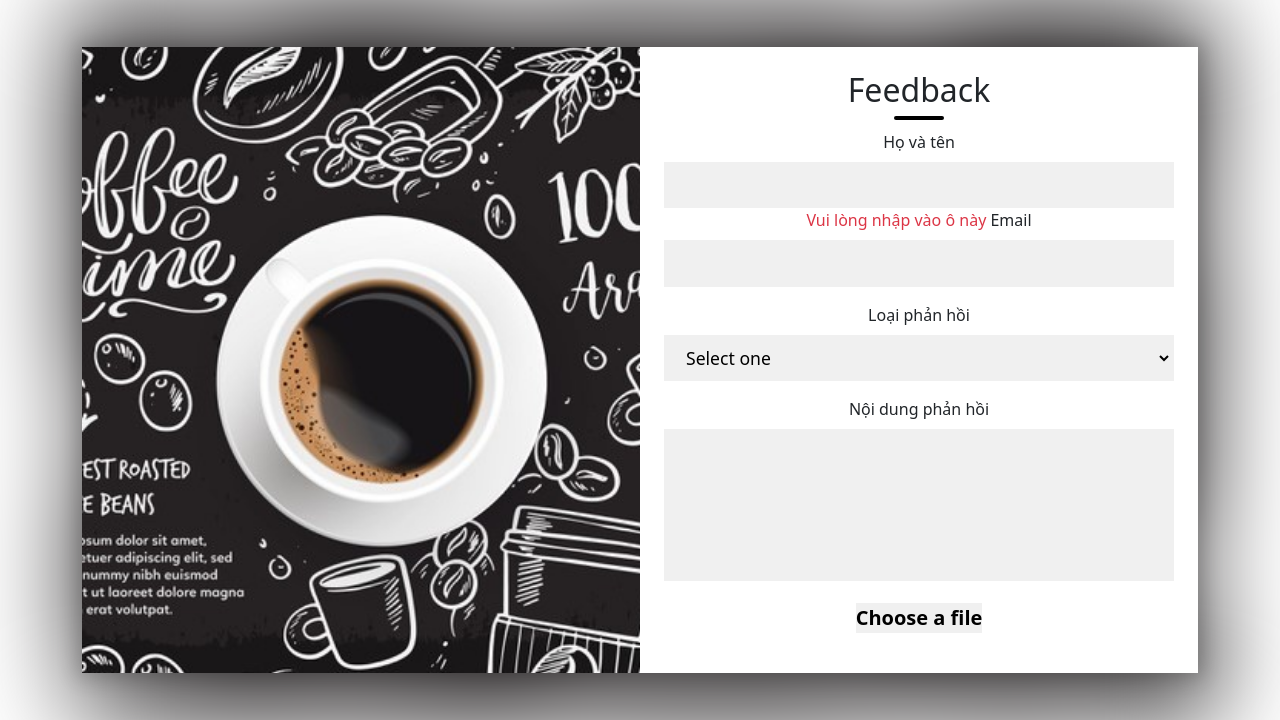
Repository: LeDongGyC/html-css
Page: HTML CSS/prototype/index.html
An editor plug-in stored every save of this project. The page is shown before and after the next save, followed by the edit.
The browser window is 1280 px wide. The pictures show the whole page.
The style sheet was rebuilt from its Sass, Less or Tailwind sources for each picture, by a compiler version that may differ from the author's.

Above is the page before, as saved 2023-05-24 10:38:01.

After the next save:
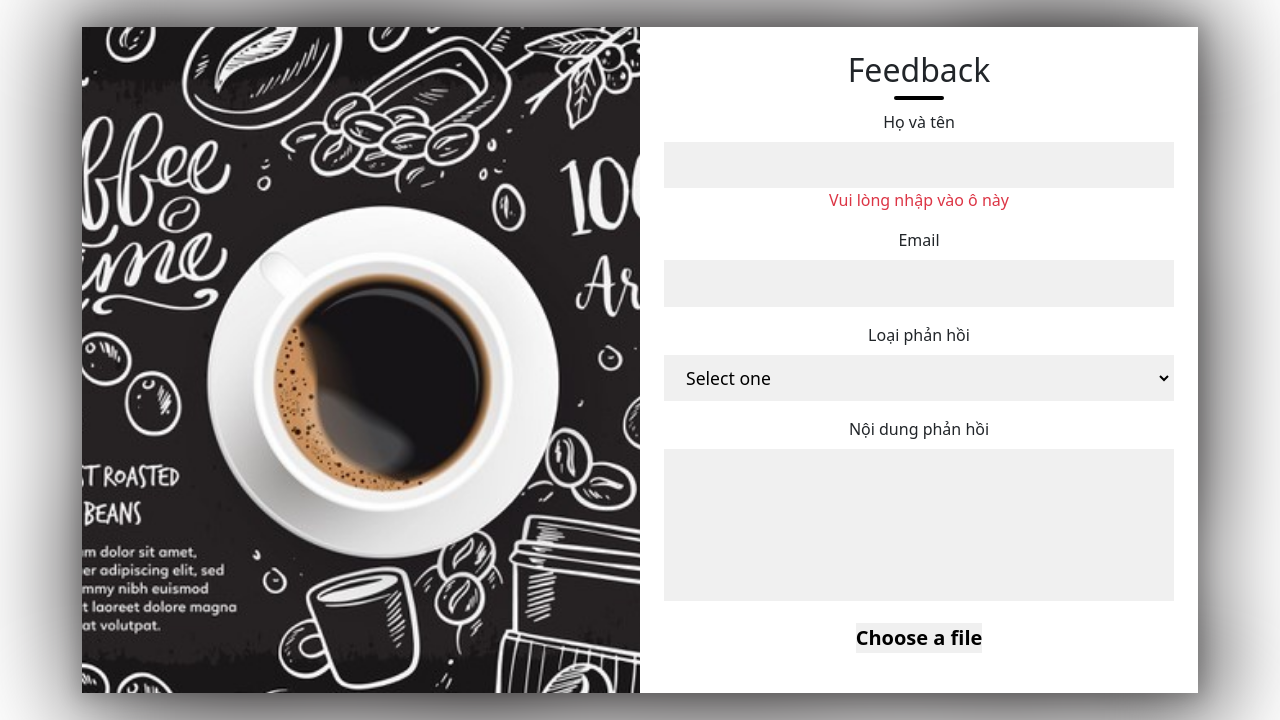
Saved 15 s later.
--- a/HTML CSS/prototype/index.html
+++ b/HTML CSS/prototype/index.html
@@ -44,15 +44,12 @@
           <input type="text" class=" feedback-box_right-item" name="" id="name" aria-describedby="helpId"
             placeholder="">
             <span class="text-danger">Vui lòng nhập vào ô này</span>
-            <label for="email" class="form-label">Email</label>
+        </div>
+        <div class="mb-3">
+          <label for="email" class="form-label">Email</label>
           <input type="text" class=" feedback-box_right-item" name="" id="email" aria-describedby="helpId"
             placeholder="">
         </div>
-        <!-- <div class="mb-3">
-          <label for="email" class="form-label">Email</label>
-          <input type="text" class=" feedback-box_right-item" name="" id="email" aria-describedby="helpId"
-            placeholder="">
-        </div> -->
         <div class="mb-3">
           <label for="typeFeedback" class="form-label">Loại phản hồi</label>
           <select class="feedback-box_right-item " name="" id="typeFeedback">
